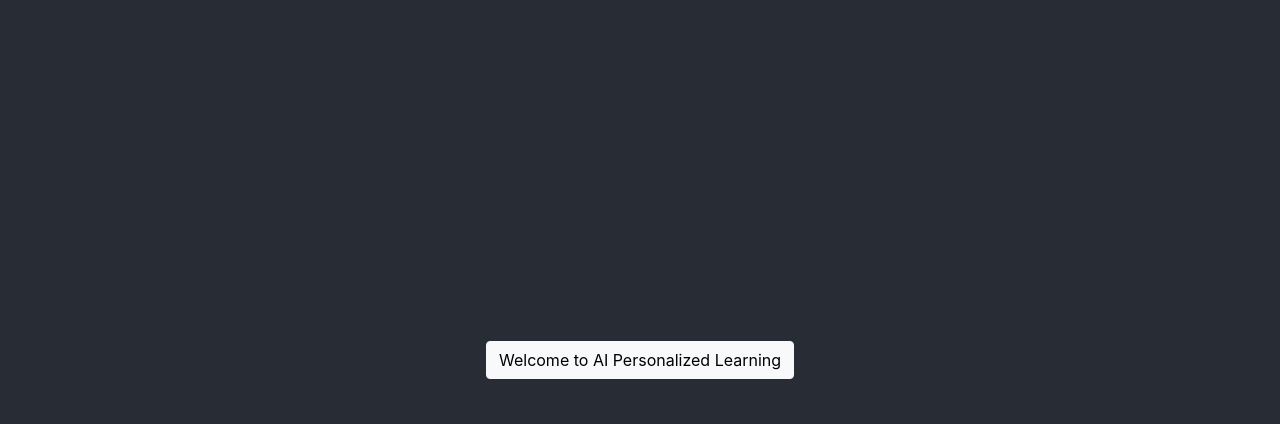
Repository: SP23-CSCE482/team_hunnid_app
Page: /
An editor plug-in stored every save of this project. The page is shown before and after the next save, followed by the edit.
The browser window is 1280 px wide. The pictures show the whole page.
The project was rebuilt for these pictures with package versions that can differ from the ones it lists, and the page was loaded fresh each time.

Above is the page before, as saved 2023-02-08 20:04:25.

After the next save:
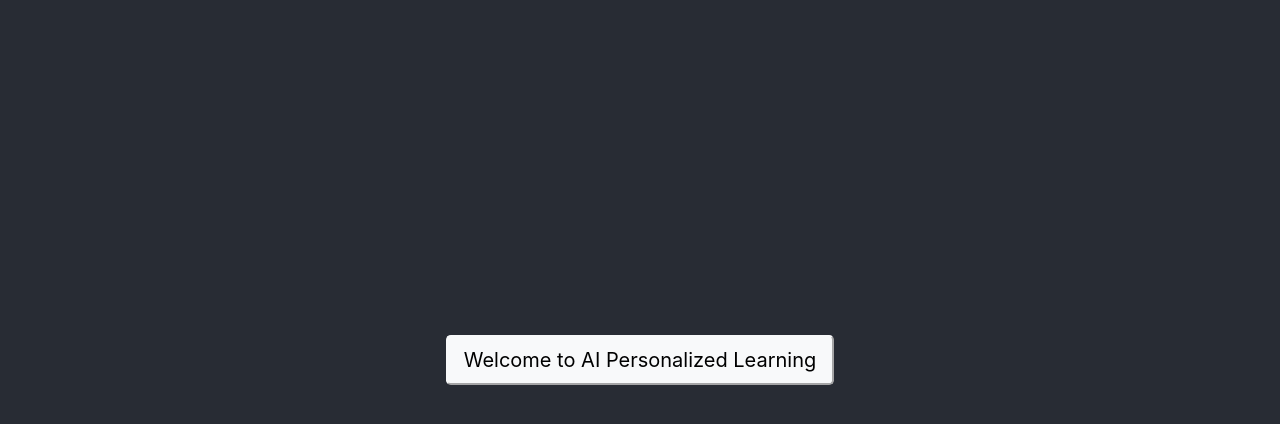
Saved 6 s later.
--- a/src/App.js
+++ b/src/App.js
@@ -5,7 +5,7 @@ function App() {
   return (
     <div className="App">
       <header className="App-header">
-        <button type="button" class="btn btn-light">
+        <button type="button" class="btn-lg btn-light">
           Welcome to AI Personalized Learning
         </button>
       </header>
